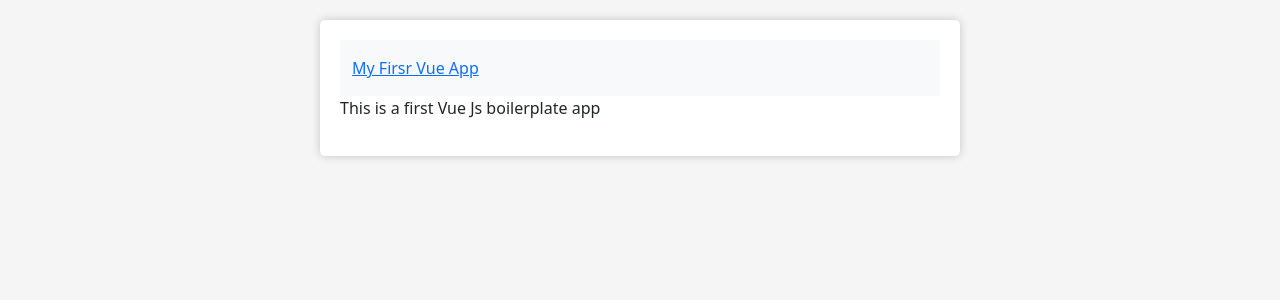
Repository: feyroozecode/intro-vue3-app
Page: index.html
An editor plug-in stored every save of this project. The page is shown before and after the next save, followed by the edit.
The browser window is 1280 px wide. The pictures show the whole page.

Above is the page before, as saved 2023-08-13 13:50:47.

After the next save:
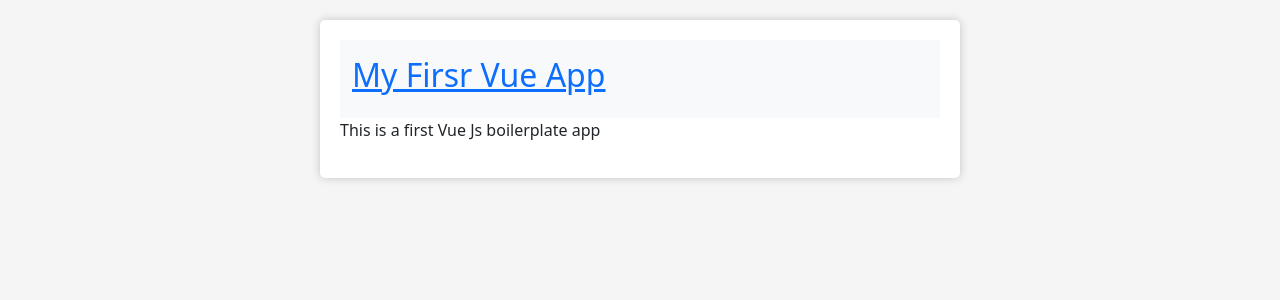
Saved 8 s later.
--- a/index.html
+++ b/index.html
@@ -28,7 +28,7 @@
     <div id="app">
         <nav class="navbar navbar-expand-lg navbar-light bg-light">
             <div class="container-fluid">
-                <a href="#" class="navbar brand"> {{ title }} </a>
+                <a href="#" class="navbar brand"> <h2> {{ title }} </h2> </a>
                 <ul class="navbar-nav me-auto mb-2 mb-lg-0">
                     <a class="nav-link" aria-current="page" href="#"></a>
                 </ul>
